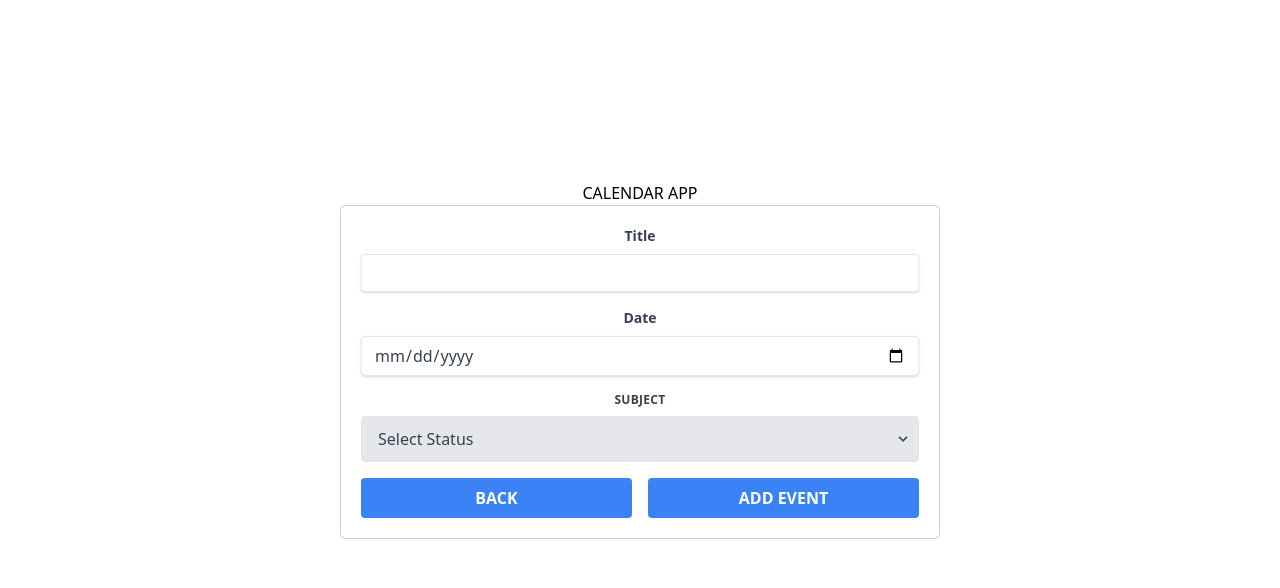
Repository: maikeru-desu/parking-lot
Page: /add (app in parking-lot-fe/)
These files come from the project's save history. The page is drawn as it stood at one moment and after the next save; the edit follows.
The browser window is 1280 px wide. The pictures show the whole page.
The project was rebuilt for these pictures with package versions that can differ from the ones it lists, and the page was loaded fresh each time. Also part of the build but not shown: parking-lot-fe/craco.config.js, parking-lot-fe/src/pages/Home.js, parking-lot-fe/src/pages/Edit.js.

Above is the page before, as saved 2021-10-14 07:13:16.

After the next save:
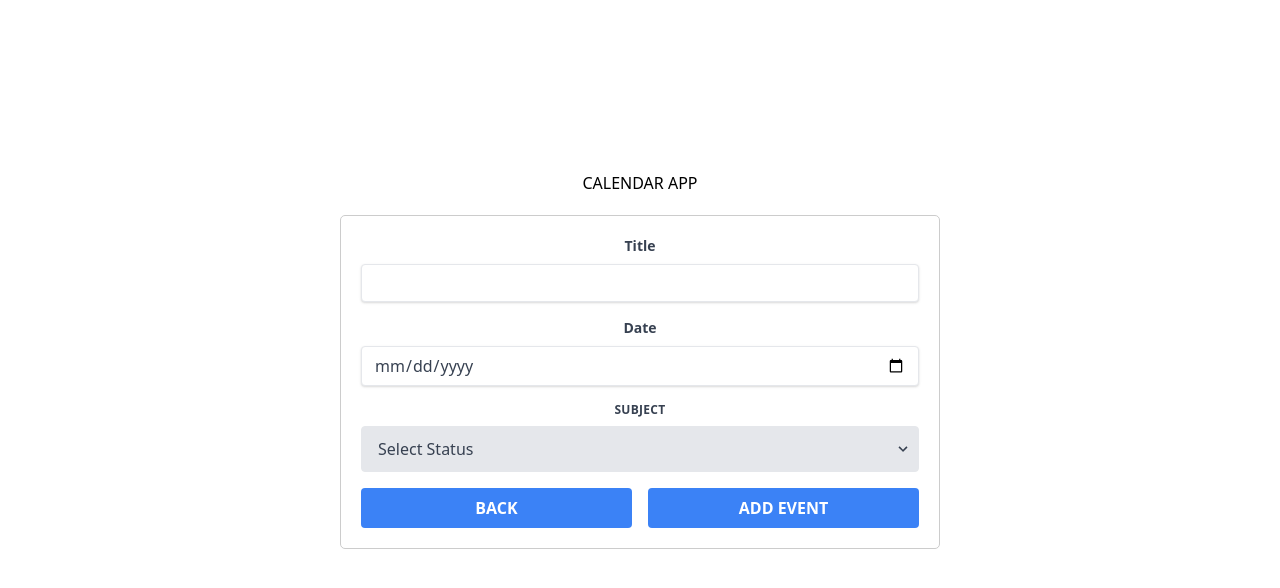
Saved 26 s later.
--- a/parking-lot-fe/src/App.js
+++ b/parking-lot-fe/src/App.js
@@ -8,7 +8,7 @@ import Edit from './pages/Edit';
 function App() {
   return (
     <div className="App">
-        <h1>CALENDAR APP</h1>
+        <h1 class="mb-5">CALENDAR APP</h1>
         <Switch>
             <Route exact path="/" component={Home} />
             <Route exact path="/add" component={Add} />
